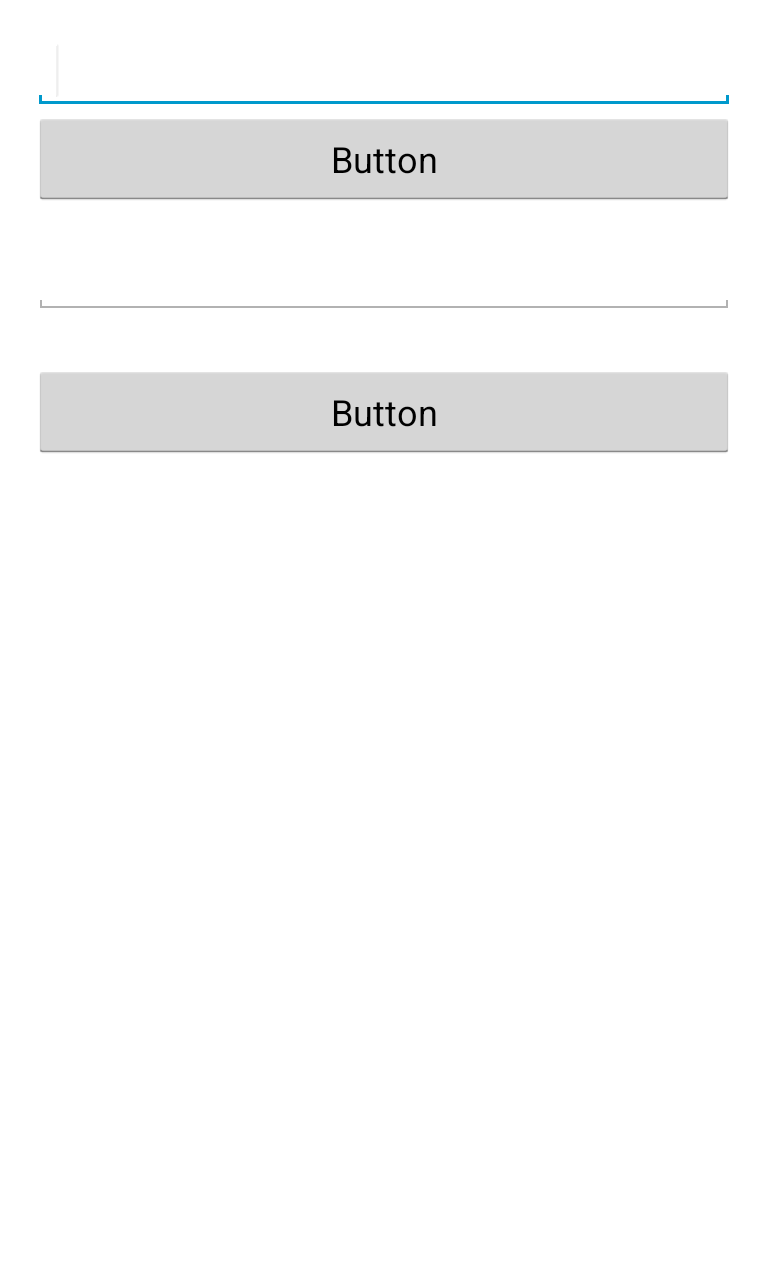
Repository: ShigerD/AndroidSample
Layout: Sample/Sample10/HTTP/Http/res/layout/activity_main.xml
The author's editor kept a copy of each file at every save. The layout is drawn from the files as they stood at one save, then again after the next save.
It is drawn on a 768 x 1280 px phone screen (xhdpi) without system bars, with theme AppTheme; the app's code is not run.

Above is the layout before, as saved 2016-10-16 09:00:07.

After the next save:
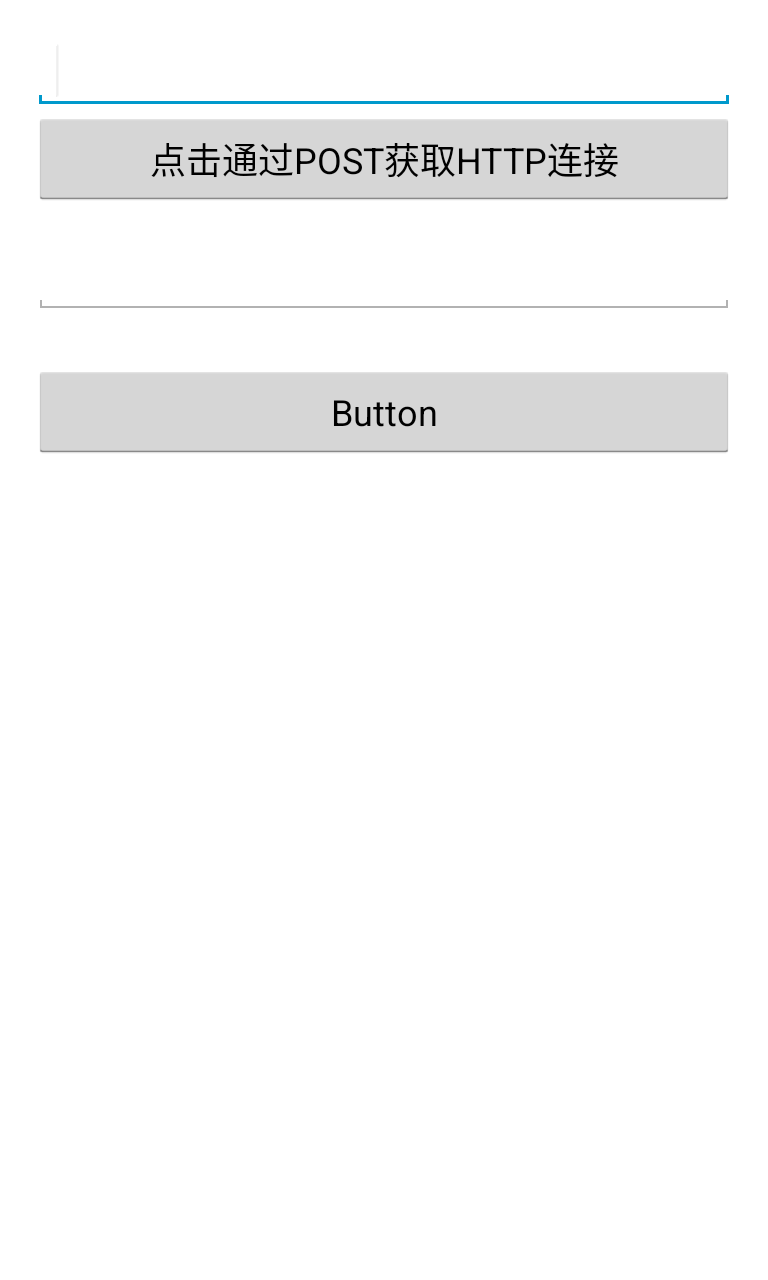
Saved 101 s later.
--- a/Sample/Sample10/HTTP/Http/res/layout/activity_main.xml
+++ b/Sample/Sample10/HTTP/Http/res/layout/activity_main.xml
@@ -25,7 +25,7 @@
         android:layout_height="wrap_content"
         android:layout_alignLeft="@+id/etpost"
         android:layout_below="@+id/etpost"
-        android:text="Button" />
+        android:text="@string/btnPost" />
 
     <ScrollView
         android:id="@+id/scrollView1"
